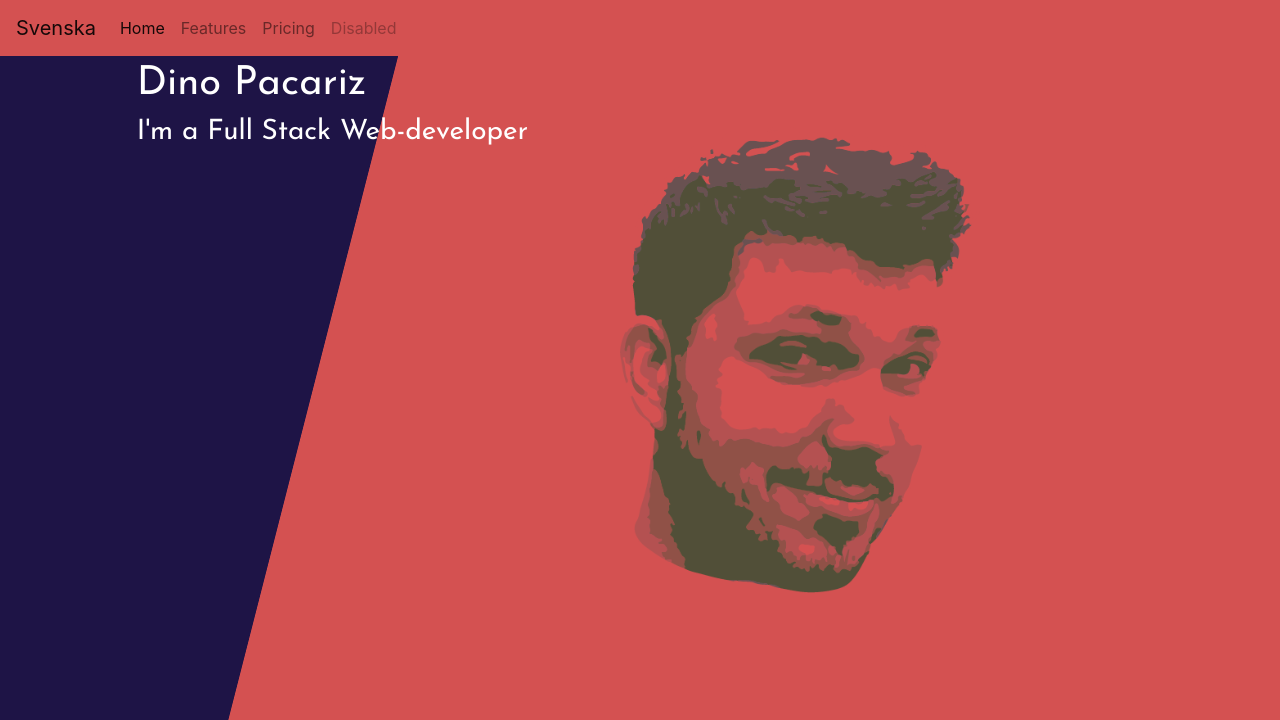
Repository: ImDino/Portfolio
Page: index.html
These files come from the project's save history. The page is drawn as it stood at one moment and after the next save; the edit follows.
The browser window is 1280 px wide. The pictures show the whole page.
Some web libraries are served in a nearby version. The style sheet was rebuilt from its Sass, Less or Tailwind sources for each picture, by a compiler version that may differ from the author's.

Above is the page before, as saved 2020-11-04 13:01:34.

After the next save:
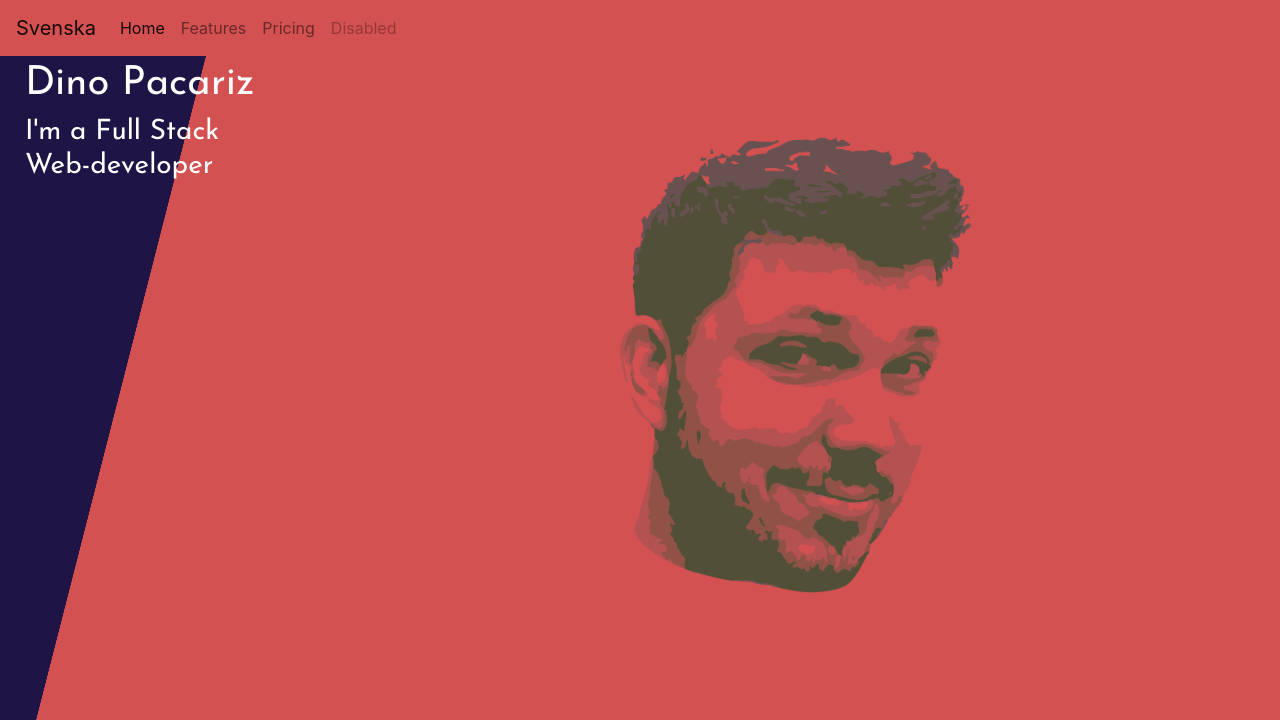
Saved 9 s later.
--- a/scss/main.scss
+++ b/scss/main.scss
@@ -21,7 +21,7 @@ body {
     top: 0;
     bottom: 0;
     left: 0;
-    right: 50%;
+    right: 80%;
     z-index: -1;
     background: linear-gradient(104.35deg, #1E1446 50%, rgba(255, 255, 255, 0) 50.1%);
     // display: grid;
